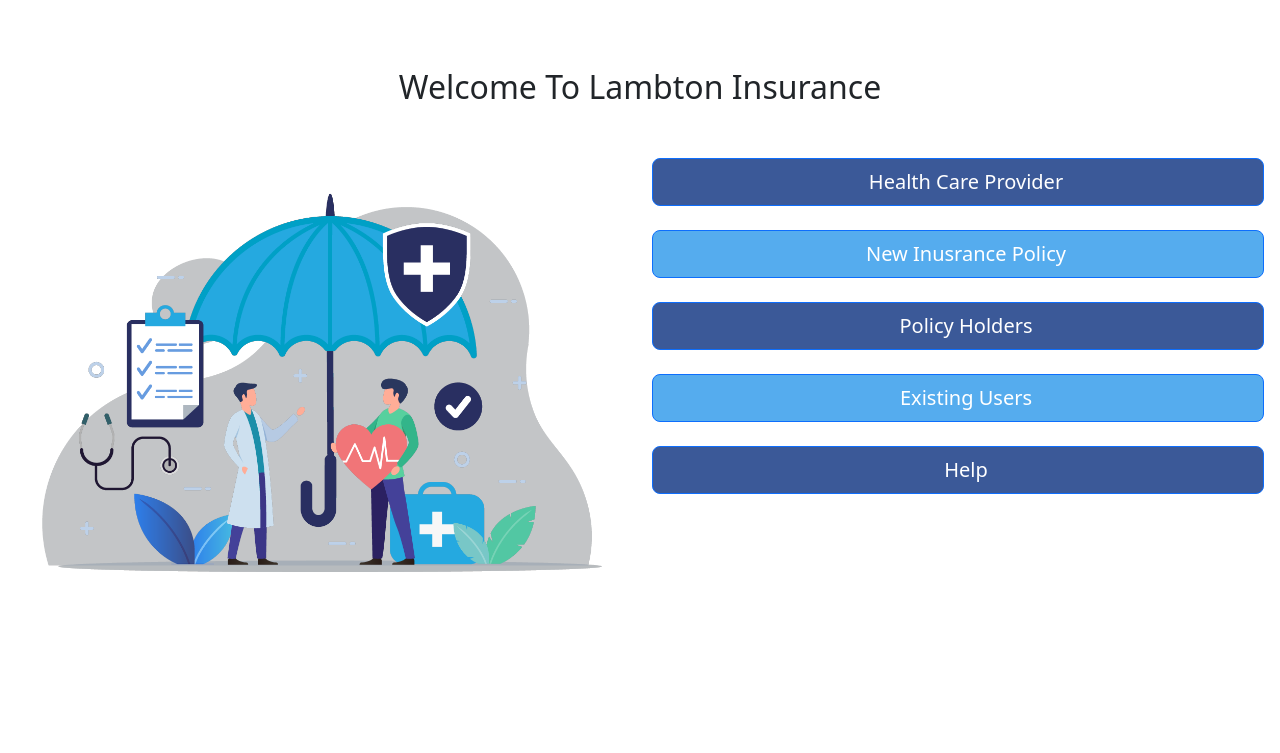
Repository: Puttaz/InsuranceGUI_React
Page: /index (app in client/)
These files come from the project's save history. The page is drawn as it stood at one moment and after the next save; the edit follows.
The browser window is 1280 px wide. The pictures show the whole page.
The project was rebuilt for these pictures with package versions that can differ from the ones it lists, and the page was loaded fresh each time. Also part of the build but not shown: client/vite.config.js, client/src/Index.css, client/src/Users.jsx, client/src/CreateUser.jsx, client/src/UpdateUser.jsx.

Above is the page before, as saved 2023-12-06 17:45:33.

### client/src/App.jsx
import { useState } from 'react'
import './App.css'
import {BrowserRouter, Routes, Route} from 'react-router-dom'
import 'bootstrap/dist/css/bootstrap.min.css'
import Index from './Index'
import Users from './Users'
import CreateUser from './CreateUser'
import UpdateUser from './UpdateUser'

function App() {
  const [count, setCount] = useState(0)

  return (
    <div>
      <BrowserRouter>
        <Routes>
          <Route path='/index' element = {<Index />}></Route>
          <Route path='/viewusers' element = {<Users />}></Route>
          <Route path='/createuser' element = {<CreateUser />}></Route>
          <Route path='/updateuser/:id' element = {<UpdateUser />}></Route>
        </Routes>
      </BrowserRouter>
    </div>
  )
}

export default App

### client/src/Index.jsx
import React from 'react';
import './App.css'; // Import your CSS file for styling
import Homepage from "./Homepage.png";
import './Index.css'

import {
  MDBContainer,
  MDBCol,
  MDBRow,
  MDBBtn,
  MDBIcon,
  MDBInput,
  MDBCheckbox
}
from 'mdb-react-ui-kit';

function App() {
  return (
    <MDBContainer fluid className="p-3 my-5">
      <div className="text-center">
      <h2 className="mt-1 mb-5 pb-1">Welcome To Lambton Insurance</h2>
      </div>
      <MDBRow>

        <MDBCol col='10' md='6'>

          <img src={Homepage}
          class="img-fluid" alt="home image" />
        </MDBCol>

        <MDBCol col='4' md='6'>

          <MDBBtn className="mb-4 w-100" size="lg" style={{backgroundColor: '#3b5998'}}>
            <MDBIcon fab icon="facebook-f" className="mx-2"/>
            Health Care Provider
          </MDBBtn>

          <MDBBtn className="mb-4 w-100" size="lg" style={{backgroundColor: '#55acee'}}>
            <MDBIcon fab icon="twitter" className="mx-2"/>
            New Inusrance Policy
          </MDBBtn>

          <MDBBtn className="mb-4 w-100" size="lg" style={{backgroundColor: '#3b5998'}}>
            <MDBIcon fab icon="facebook-f" className="mx-2"/>
            Policy Holders
          </MDBBtn>

          <MDBBtn className="mb-4 w-100" size="lg" style={{backgroundColor: '#55acee'}}>
            <MDBIcon fab icon="twitter" className="mx-2"/>
            Existing Users
          </MDBBtn>

          <MDBBtn className="mb-4 w-100" size="lg" style={{backgroundColor: '#3b5998'}}>
            <MDBIcon fab icon="facebook-f" className="mx-2"/>
            Help
          </MDBBtn>

        </MDBCol>

      </MDBRow>

    </MDBContainer>
  );
}

export default App;

Loaded but not shown: client/index.html (common file); client/src/main.jsx (common file); client/src/App.css (no stored copy; drawn as an empty file)

After the next save:
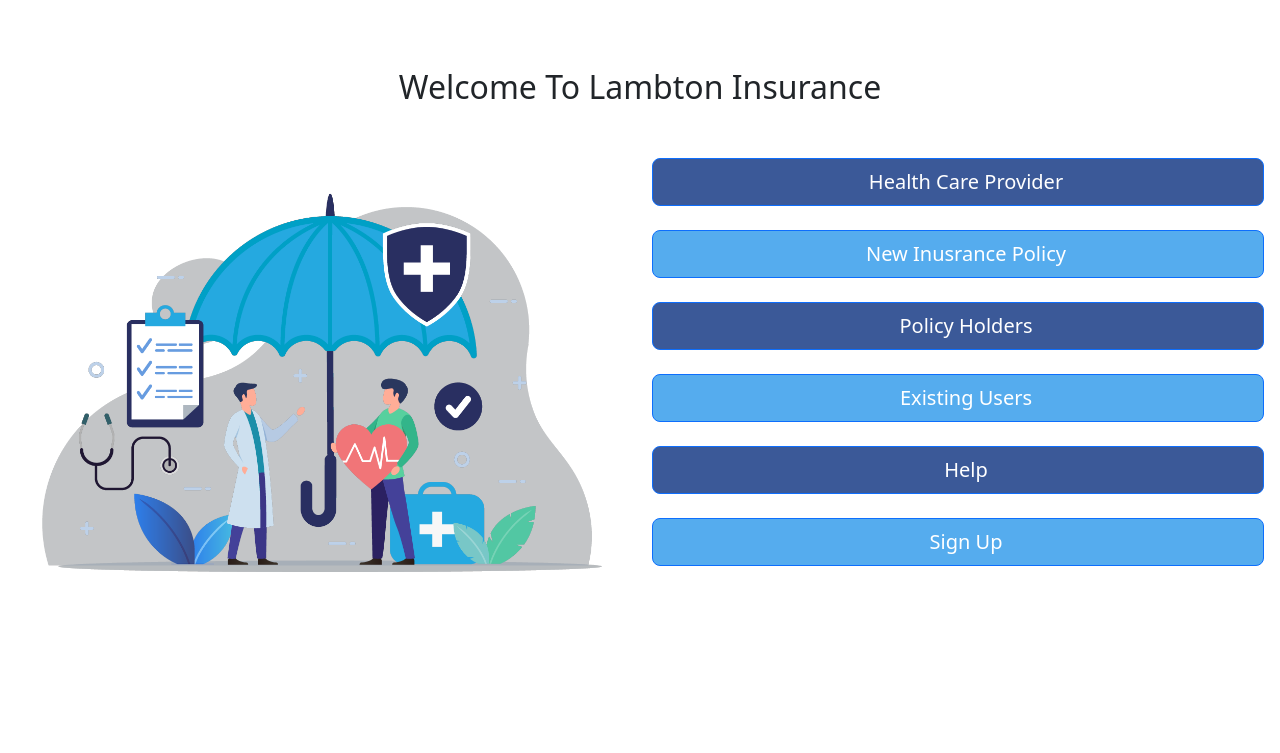
Saved 14 s later.
--- a/client/src/Index.jsx
+++ b/client/src/Index.jsx
@@ -55,6 +55,11 @@ function App() {
             Help
           </MDBBtn>
 
+          <MDBBtn className="mb-4 w-100" size="lg" style={{backgroundColor: '#55acee'}}>
+            <MDBIcon fab icon="twitter" className="mx-2"/>
+            Sign Up
+          </MDBBtn>
+
         </MDBCol>
 
       </MDBRow>
